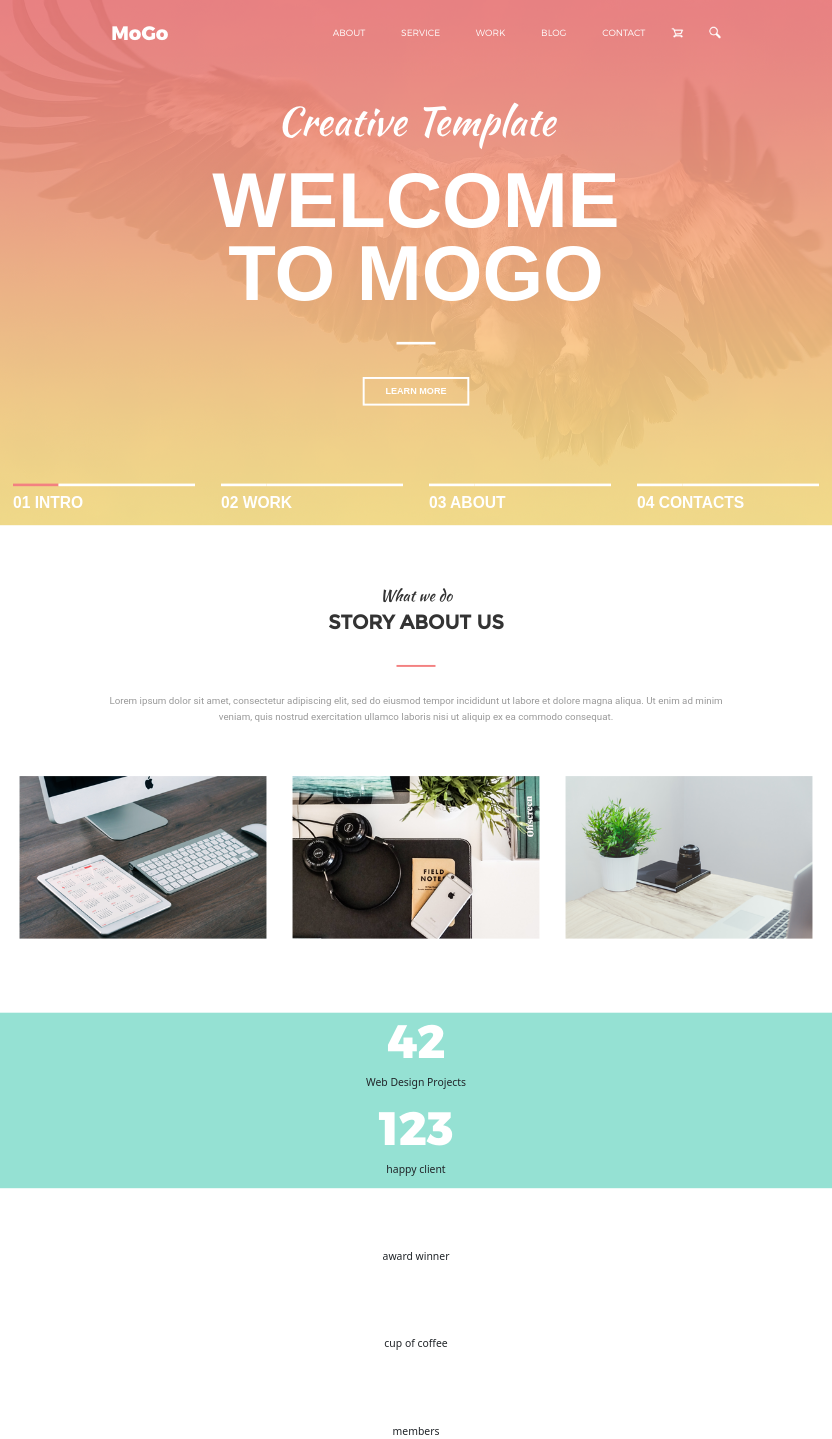
Repository: RaffiBarseghyan/mogo
Page: /
An editor plug-in stored every save of this project. The page is shown before and after the next save, followed by the edit.
The browser window is 1280 px wide. The pictures show the whole page, at 65% of full size.
The project was rebuilt for these pictures with package versions that can differ from the ones it lists, and the page was loaded fresh each time.

Above is the page before, as saved 2023-05-11 17:51:59.

### src/App.jsx
import "./App.css";
import "bootstrap/dist/css/bootstrap.min.css";
import "bootstrap/dist/js/bootstrap.bundle";
import Header from "./Pages/Header/header";
import AboutUs from "./Pages/AboutUs/aboutUs";

function App() {
  return (
    <div className="App">
      <Header />
      <AboutUs />
    </div>
  );
}

export default App;

### src/Pages/Header/header.jsx
import style from "./header.module.scss";
import glass from "../../Assets/Images/GLASS.png";
import cart from "../../Assets/Images/CART.png";

function Header() {
  return (
    <>
      <div className={style.big_header}>
        <div className={style.header}>
          <nav className="navbar navbar-expand-lg bg-body-tertiary">
            <div className="container-fluid">
              <a className={`${style.logo} navbar-brand me-5`} href="#">
                MoGo
              </a>
              <button
                className="navbar-toggler"
                type="button"
                data-bs-toggle="collapse"
                data-bs-target="#navbarNav"
                aria-controls="navbarNav"
                aria-expanded="false"
                aria-label="Toggle navigation"
              >
                <span className="navbar-toggler-icon"></span>
              </button>
              <div
                className={`${style.menu} collapse navbar-collapse`}
                id="navbarNav"
              >
                <ul className={`navbar-nav`}>
                  <li className="nav-item">About</li>
                  <li className="nav-item">service</li>
                  <li className="nav-item">work</li>
                  <li className="nav-item">blog</li>
                  <li className="nav-item">contact</li>
                  <img src={cart} alt="" />
                  <img src={glass} alt="" />
                </ul>
              </div>
            </div>
          </nav>
        </div>

        <div className={style.header_text}>
          <h1>Creative Template</h1>
          <h2>
            Welcome <br /> to MoGo
          </h2>
          <div className={style.border_box}>
            <div className={style.border}></div>
          </div>

          <div className={style.btn_box}>
            <button className={style.btn}>Learn More</button>
          </div>

          <div className={style.big_border_box_1}>
            <div className={style.div}>
              <div className={style.b_box1}>
                <div className={style.red}></div>
                <div className={style.white}></div>
              </div>
              <p className={style.b_p}>01 intro</p>
            </div>

            <div className={style.div}>
              <div className={style.b_box1}>
                <div className={style.white_s}></div>
                <div className={style.white}></div>
              </div>
              <p className={style.b_p}>02 work</p>
            </div>

            <div className={style.div}>
              <div className={style.b_box1}>
                <div className={style.white_s}></div>
                <div className={style.white}></div>
              </div>
              <p className={style.b_p}>03 About</p>
            </div>

            <div className={style.div}>
              <div className={style.b_box1}>
                <div className={style.white_s}></div>
                <div className={style.white}></div>
              </div>
              <p className={style.b_p}>04 Contacts</p>
            </div>
          </div>
        </div>
      </div>
    </>
  );
}

export default Header;

### src/Pages/AboutUs/aboutUs.jsx
import style from "./aboutUs.module.scss";
import aboutUs1 from "../../Assets/Images/aboutUs1.png";
import aboutUs2 from "../../Assets/Images/aboutUs2.png";
import aboutUs3 from "../../Assets/Images/aboutUs3.png";
import user from "../../Assets/Images/USERS.png";

function AboutUs() {
  return (
    <>
      <div className={style.aboutUs}>
        <h3>What we do</h3>
        <h2>Story about us</h2>
        <div className={style.line}></div>
        <p>
          Lorem ipsum dolor sit amet, consectetur adipiscing elit, sed do
          eiusmod tempor incididunt ut labore et dolore magna aliqua. Ut enim ad
          minim <br />
          veniam, quis nostrud exercitation ullamco laboris nisi ut aliquip ex
          ea commodo consequat.
        </p>
        <div className="d-flex justify-content-center flex-wrap ">
          <div className={style.imgDiv}>
            <img src={user} alt="" className={style.user} />
            <p>SUPER TEAM</p>
            <img src={aboutUs1} alt="" className={style.aboutImg}/>
          </div>
          <div className={style.imgDiv}>
            <img src={user} alt="" className={style.user} />
            <p>SUPER TEAM</p>
            <img src={aboutUs2} alt="" className={style.aboutImg}/>
          </div>
          <div className={style.imgDiv}>
            <img src={user} alt="" className={style.user} />
            <p>SUPER TEAM</p>
            <img src={aboutUs3} alt="" className={style.aboutImg}/>
          </div>
        </div>
      </div>

      <div className={style.aboutUsFooter}>
        <div>
            <h2>42</h2>
            <p>Web Design Projects</p>
        </div>
        <div>
            <h2>123</h2>
            <p>happy client</p>
        </div>
        <div>
            <h2>15</h2>
            <p>award winner</p>
        </div>
        <div>
            <h2>99</h2>
            <p>cup of coffee</p>
        </div>
        <div>
            <h2>24</h2>
            <p>members</p>
        </div>
      </div>
    </>
  );
}

export default AboutUs;

### src/Pages/Header/header.module.scss
@font-face {
  font-family: Montserrat;
  src: url("../../Assets/Fonts/montserrat/Montserrat-Light.otf")
    format("truetype");
}

@font-face {
  font-family: Montserrat_bold;
  src: url("../../Assets/Fonts/montserrat/Montserrat-ExtraBold.otf")
    format("truetype");
}

@font-face {
  font-family: kaushan;
  src: url("../../Assets/Fonts/kaushan-script/kaushan-script.kaushanscript-regular.otf")
    format("truetype");
}

* {
  margin: 0;
  padding: 0;
  box-sizing: border-box;
}

/* Header */

.logo {
  font-size: 30px;
  color: #ffffff !important;
  font-weight: 700;
  font-family: "Montserrat_bold";
}

.logo:hover {
  color: #ffffff !important;
}

.big_header {
  width: 100%;
  min-height: 800px;
  background-image: url("../../Assets/Images/background-image-big-box-header.png");
  background-position: center;
  background-size: cover;
  background-repeat: no-repeat;
}

.header {
  width: 100%;
  min-height: 100px;
  display: flex;
  justify-content: space-around;
  align-items: center;
}

.menu > ul {
  margin-left: 150px;
}

.menu > ul > li {
  font-size: 14px;
  font-family: "Montserrat";
  color: rgb(255, 255, 255);
  text-transform: uppercase;
  list-style: none;
  margin-left: 55px;
}

.menu > ul > li:hover {
  color: #fce38a;
  border-bottom: 2px solid #fce38a;
  cursor: pointer;
  transition: 0.3s;
}

.menu > ul > img {
  margin-left: 40px;
  cursor: pointer;
  width: 15%;
  aspect-ratio: 3/2;
  object-fit: contain;
}

/* Header_text */

.header_text {
  margin-top: 50px;
}

.header_text > h1 {
  text-align: center;
  font-family: kaushan;
  font-size: 60px;
  color: rgb(255, 255, 255);
  line-height: 1.2;
}

.header_text > h2 {
  text-align: center;
  font-family: sans-serif;
  font-size: 120px;
  color: rgb(255, 255, 255);
  font-weight: bold;
  text-transform: uppercase;
  line-height: 0.933;
  margin-top: 30px;
}

.border {
  width: 60px;
  height: 4px;
  background-color: #ffffff;
}

.border_box {
  display: flex;
  justify-content: center;
  margin: 50px 0;
}

.btn {
  border-style: solid;
  border-width: 3px;
  border-color: rgb(255, 255, 255);
  background-color: rgba(0, 0, 0, 0);
  width: 164px;
  height: 44px;
  font-size: 14px;
  font-family: sans-serif;
  color: rgb(255, 255, 255);
  font-weight: bold;
  text-transform: uppercase;
}

.btn_box {
  display: flex;
  justify-content: center;
}

.btn_box > button:hover {
  cursor: pointer;
  border-radius: 10px;
  transition: 0.5s;
}

/* Borders */

.red {
  width: 70px;
  height: 4px;
  background-color: #f38181;
}

.white_s {
  width: 70px;
  height: 4px;
  background-color: #ffffff;
}

.white {
  width: 210px;
  height: 4px;
  background-color: white;
}

.b_box1 {
  display: flex;
}

.b_p {
  margin-top: 8px;
  font-size: 24px;
  font-family: sans-serif;
  color: rgb(255, 255, 255);
  font-weight: bold;
  text-transform: uppercase;
  text-align: left;
}

.big_border_box_1 {
  margin-top: 120px;
  display: flex;
  justify-content: space-around;
  flex-wrap: wrap;
}

@media only screen and (max-width: 992.2px) {
  .menu > ul {
    display: flex;
    justify-content: center;
    align-items: center;
  }
  .menu > ul > img {
    width: 12%;
    aspect-ratio: 3/2;
    object-fit: contain;
  }
  .header_text>h2{
    font-size: 80px;
  }
}

### src/Pages/AboutUs/aboutUs.module.scss
@font-face {
  font-family: Montserrat;
  src: url("../../Assets/Fonts/montserrat/Montserrat-Light.otf")
    format("truetype");
}

@font-face {
  font-family: Montserrat_mid;
  src: url("../../Assets/Fonts/montserrat/Montserrat-Regular.ttf")
    format("truetype");
}

@font-face {
  font-family: Montserrat_bold;
  src: url("../../Assets/Fonts/montserrat/Montserrat-ExtraBold.otf")
    format("truetype");
}

@font-face {
  font-family: kaushan;
  src: url("../../Assets/Fonts/kaushan-script/kaushan-script.kaushanscript-regular.otf")
    format("truetype");
}

.aboutUs {
  min-height: 750px;
  display: flex;
  flex-direction: column;
  align-items: center;
  justify-content: center;
  h3 {
    font-size: 24px;
    color: #333333;
    font-weight: 400;
    font-family: "kaushan";
    text-align: center;
  }
  h2 {
    font-size: 30px;
    text-transform: uppercase;
    color: #333333;
    font-weight: 700;
    font-family: "Montserrat_mid";
    text-align: center;
  }
  p {
    font-size: 15px;
    line-height: 24px;
    color: #999999;
    font-weight: 400;
    font-family: "Roboto";
    text-align: center;
    margin-bottom: 60px;
  }
  .line {
    width: 60px;
    height: 3px;
    background-color: #f38181;
    margin: 40px;
  }
  img {
    width: 380px;
    height: 250px;
    aspect-ratio: 3/2;
    object-fit: cover;
  }

  .imgDiv {
    width: 380px;
    height: 250px;
    margin: 20px;
    transition: 0.5s;
    display: flex;
    flex-direction: column;
    justify-content: center;
    align-items: center;
    p {
      font-size: 18px;
      text-transform: uppercase;
      color: #ffffff;
      font-weight: 700;
      font-family: "Montserrat";
      text-align: center;
      display: none;
      position: absolute;
      margin-top: 80px;
    }
    .user {
      width: 32px;
      height: 23px;
      display: none;
      position: absolute;
      margin-bottom: 30px;
    }
  }

  .imgDiv:hover {
    transition: 0.5s;
    box-shadow: 10px 10px 0px 0px rgba(149, 225, 211, 1);
    -webkit-box-shadow: 10px 10px 0px 0px rgba(149, 225, 211, 1);
    -moz-box-shadow: 10px 10px 0px 0px rgba(149, 225, 211, 1);
    cursor: pointer;
    p,
    .user {
      display: block;
    }
    background: rgb(226, 204, 123);
    background: linear-gradient(
      0deg,
      rgba(226, 204, 123, 1) 0%,
      rgba(219, 116, 116, 1) 53%
    );

    .aboutImg {
      opacity: 0.2;
    }
  }
}

.aboutUsFooter {
  height: 270px;
  background-color: #95e1d3;
  h2 {
    font-size: 72px;
    text-transform: uppercase;
    color: #ffffff;
    font-weight: 700;
    font-family: "Montserrat_bold";
    text-align: center;
  }

}

Loaded but not shown: public/index.html (common file); src/index.js (common file); src/index.css (common file); src/reportWebVitals.js (common file); src/App.css (common file)

After the next save:
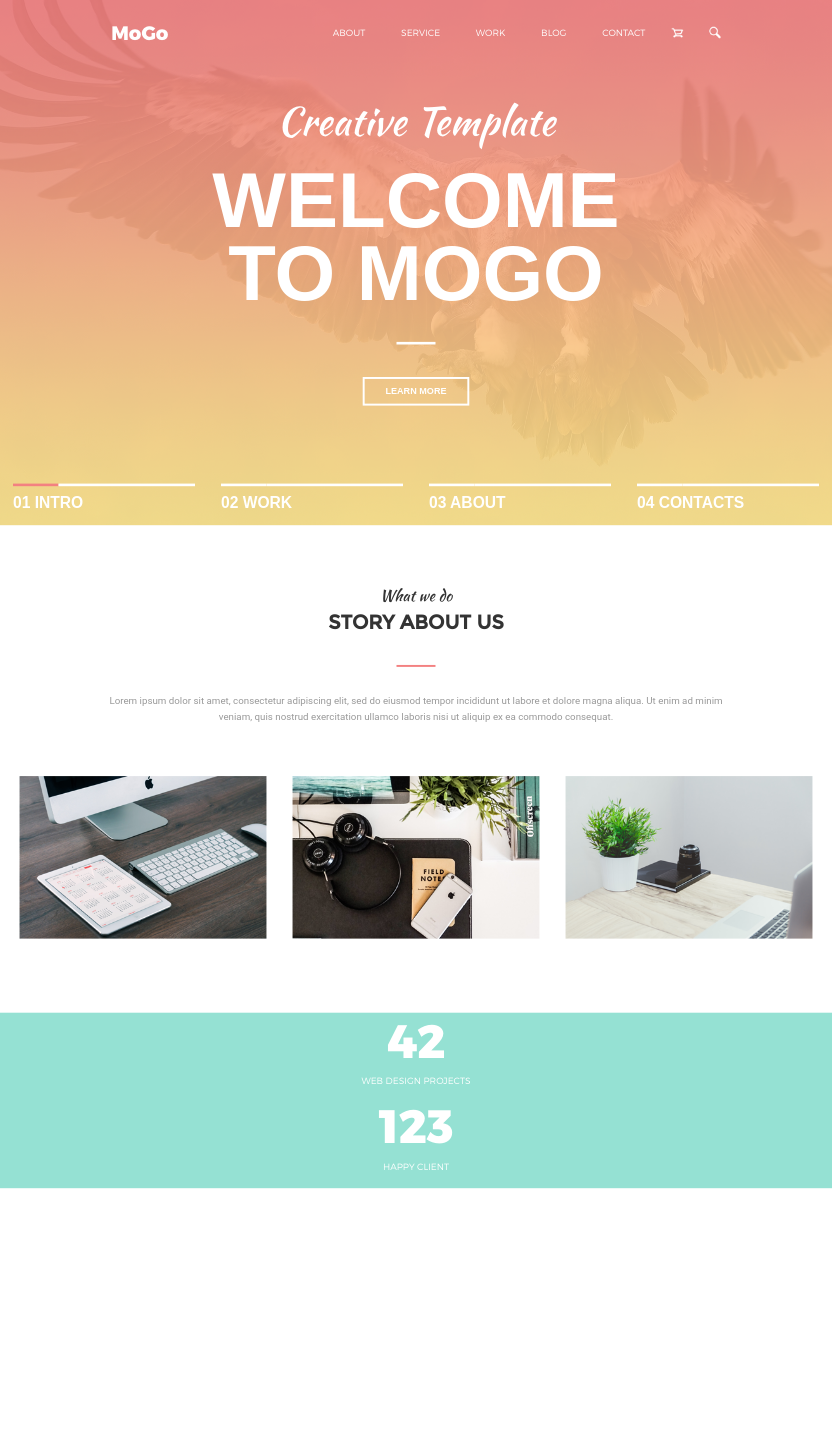
Saved 21 s later.
--- a/src/Pages/AboutUs/aboutUs.module.scss
+++ b/src/Pages/AboutUs/aboutUs.module.scss
@@ -128,5 +128,12 @@
     font-family: "Montserrat_bold";
     text-align: center;
   }
-
+  p {
+    font-size: 14px;
+    text-transform: uppercase;
+    color: #ffffff;
+    font-weight: 400;
+    font-family: "Montserrat";
+    text-align: center;
+  }
 }
